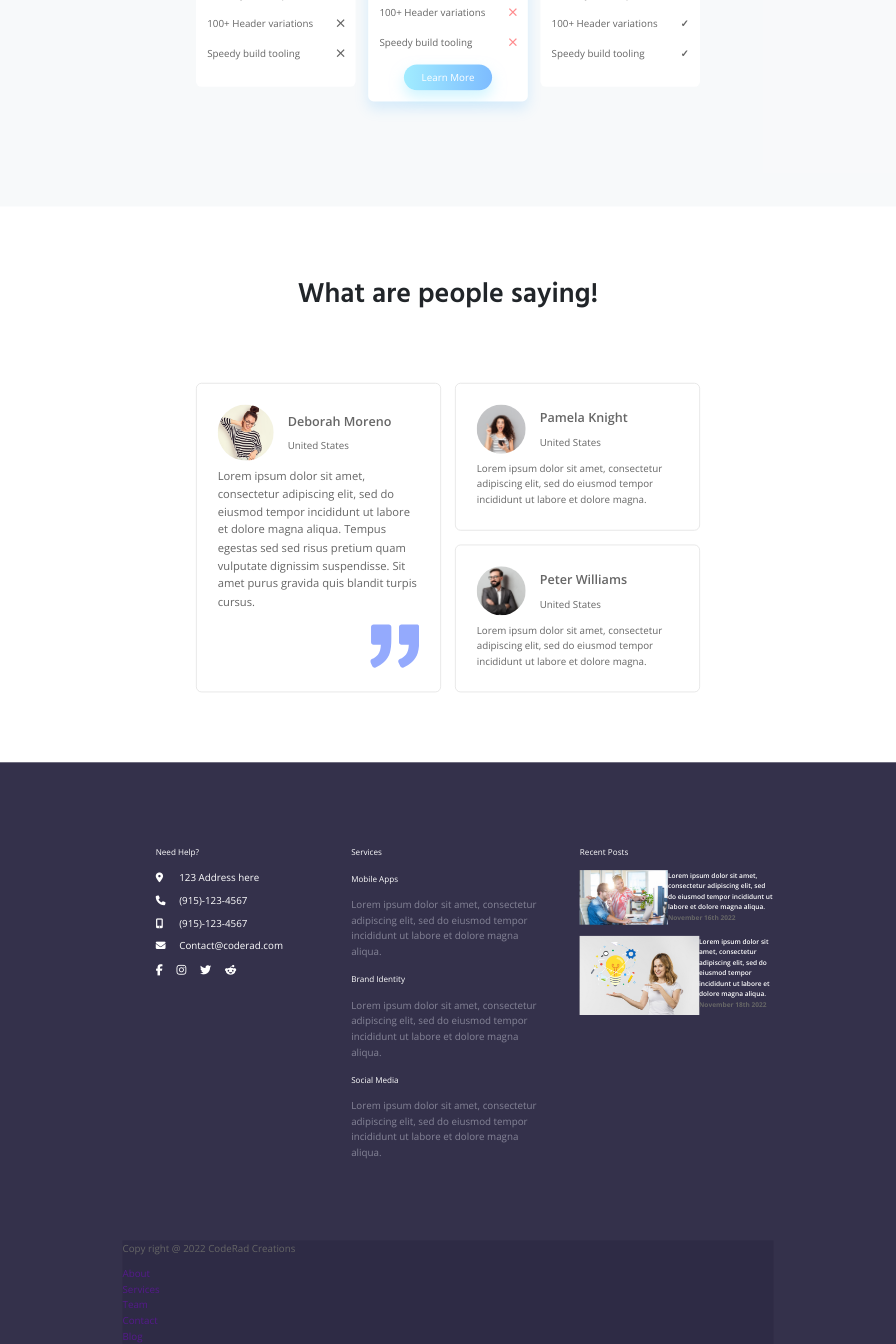
Repository: Sc-Juju/CodeRad
Page: index.html
An editor plug-in stored every save of this project. The page is shown before and after the next save, followed by the edit.
The browser window is 1280 px wide. The pictures show the part of the page from y = 3020 to 4940 px (the page is 4940 px tall before and 4828 px after), at 70% of full size.
Some web libraries are served in a nearby version.

Above is the page before, as saved 2022-11-16 14:00:07.

After the next save:
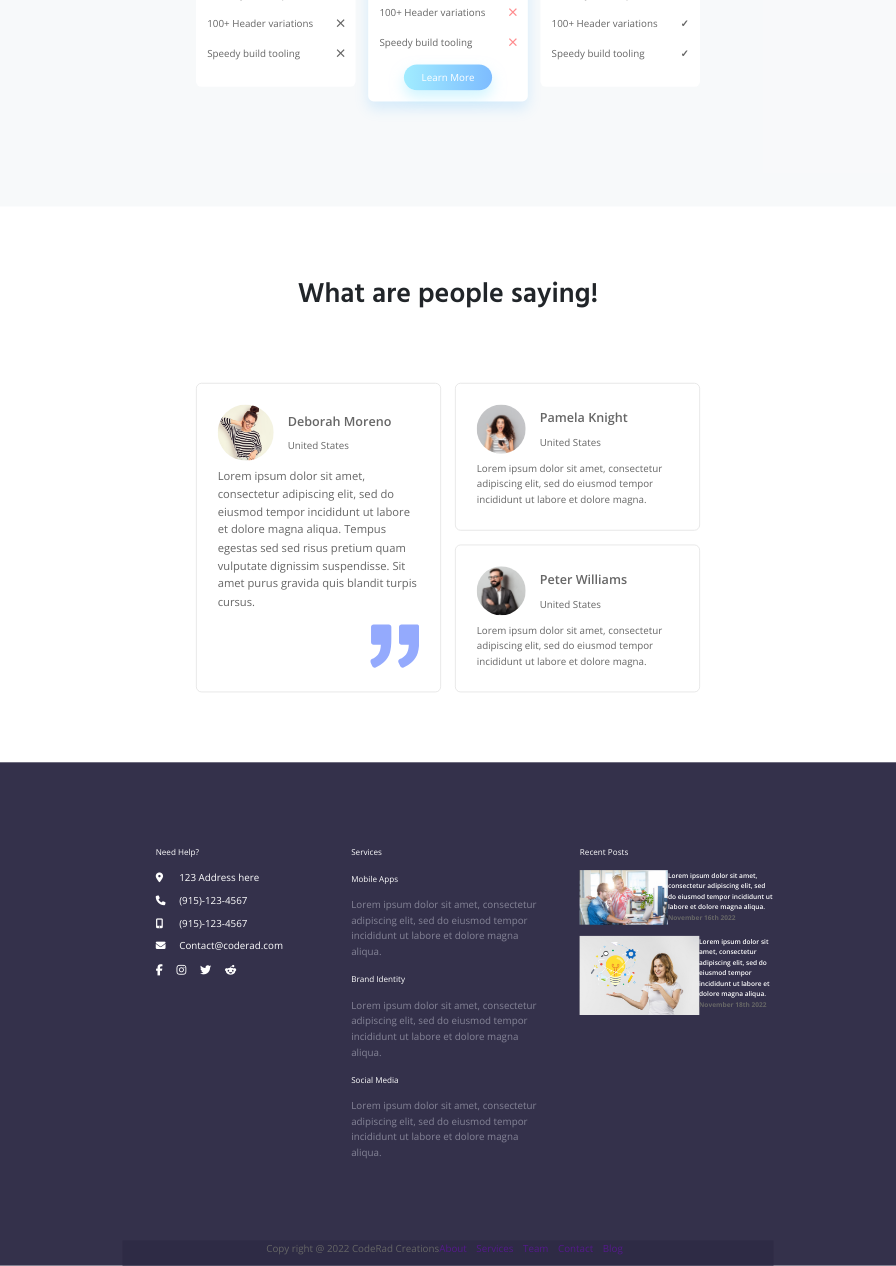
Saved 3 min 43 s later.
--- a/css/styles.css
+++ b/css/styles.css
@@ -315,3 +315,13 @@ footer .footer-col{justify-self: center;}
     color: var(--font-color-light);
     font-size: var(--size-10);
 }
+
+.footer-bottom-wrapper{
+    display: flex;
+    justify-self: center;
+}
+
+.footer-bottom-links ul li{
+    display: inline-block;
+    margin-right: var(--size-10);
+}
